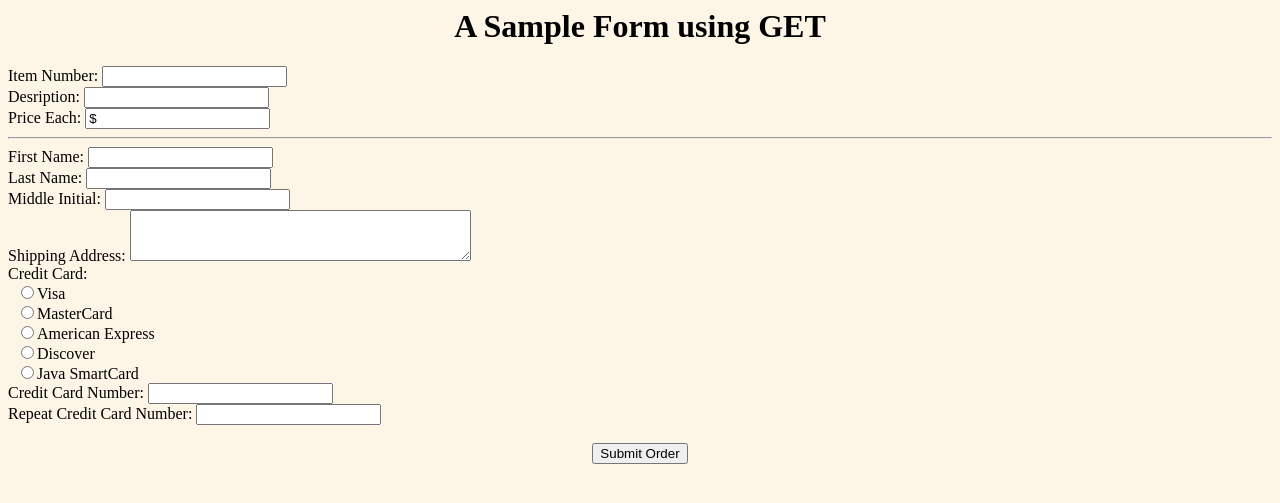
Repository: renchsan/CST-4713-JSP
Page: eclipse-workspace/exercise-forms/WebContent/show-parameters-get-form.html
These files come from the project's save history. The page is drawn as it stood at one moment and after the next save; the edit follows.
The browser window is 1280 px wide. The pictures show the whole page.

Above is the page before, as saved 2018-09-25 20:27:24.

### eclipse-workspace/exercise-forms/WebContent/show-parameters-get-form.html
<!DOCTYPE HTML PUBLIC "-//W3C//DTD HTML 4.0 Transitional//EN">
<HTML><HEAD><TITLE>A Sample Form using GET</TITLE></HEAD>
<BODY BGCOLOR="#FDF5E6">
<H1 ALIGN="CENTER">A Sample Form using GET</H1>
<FORM ACTION="show-params">
  Item Number: <INPUT TYPE="TEXT" NAME="itemNum"><BR>
  Desription: <INPUT TYPE="TEXT" NAME="description"><BR>
  Price Each: <INPUT TYPE="TEXT" NAME="price" VALUE="$"><BR>
  <HR>
  First Name: <INPUT TYPE="TEXT" NAME="firstName"><BR>
  Last Name: <INPUT TYPE="TEXT" NAME="lastName"><BR>
  Middle Initial: <INPUT TYPE="TEXT" NAME="initial"><BR>
  Shipping Address:
  <TEXTAREA NAME="address" ROWS=3 COLS=40></TEXTAREA><BR>
  Credit Card:<BR>
  &nbsp;&nbsp;<INPUT TYPE="RADIO" NAME="cardType"
                     VALUE="Visa">Visa<BR>
  &nbsp;&nbsp;<INPUT TYPE="RADIO" NAME="cardType"
                     VALUE="MasterCard">MasterCard<BR>
  &nbsp;&nbsp;<INPUT TYPE="RADIO" NAME="cardType"
                     VALUE="Amex">American Express<BR>
  &nbsp;&nbsp;<INPUT TYPE="RADIO" NAME="cardType"
                     VALUE="Discover">Discover<BR>
  &nbsp;&nbsp;<INPUT TYPE="RADIO" NAME="cardType"
                     VALUE="Java SmartCard">Java SmartCard<BR>
  Credit Card Number:
  <INPUT TYPE="PASSWORD" NAME="cardNum"><BR>
  Repeat Credit Card Number:
  <INPUT TYPE="PASSWORD" NAME="cardNum"><BR><BR>
  <CENTER><INPUT TYPE="SUBMIT" VALUE="Submit Order"></CENTER>
</FORM>
</BODY></HTML>

After the next save:
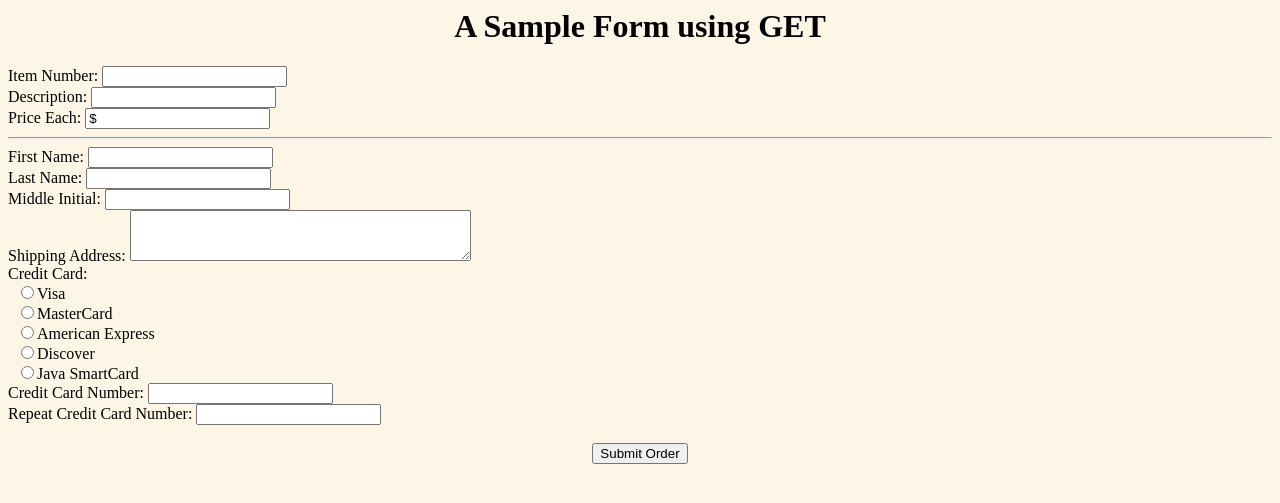
Saved 3 min 45 s later.
--- a/eclipse-workspace/exercise-forms/WebContent/show-parameters-get-form.html
+++ b/eclipse-workspace/exercise-forms/WebContent/show-parameters-get-form.html
@@ -4,7 +4,7 @@
 <H1 ALIGN="CENTER">A Sample Form using GET</H1>
 <FORM ACTION="show-params">
   Item Number: <INPUT TYPE="TEXT" NAME="itemNum"><BR>
-  Desription: <INPUT TYPE="TEXT" NAME="description"><BR>
+  Description: <INPUT TYPE="TEXT" NAME="description"><BR>
   Price Each: <INPUT TYPE="TEXT" NAME="price" VALUE="$"><BR>
   <HR>
   First Name: <INPUT TYPE="TEXT" NAME="firstName"><BR>
